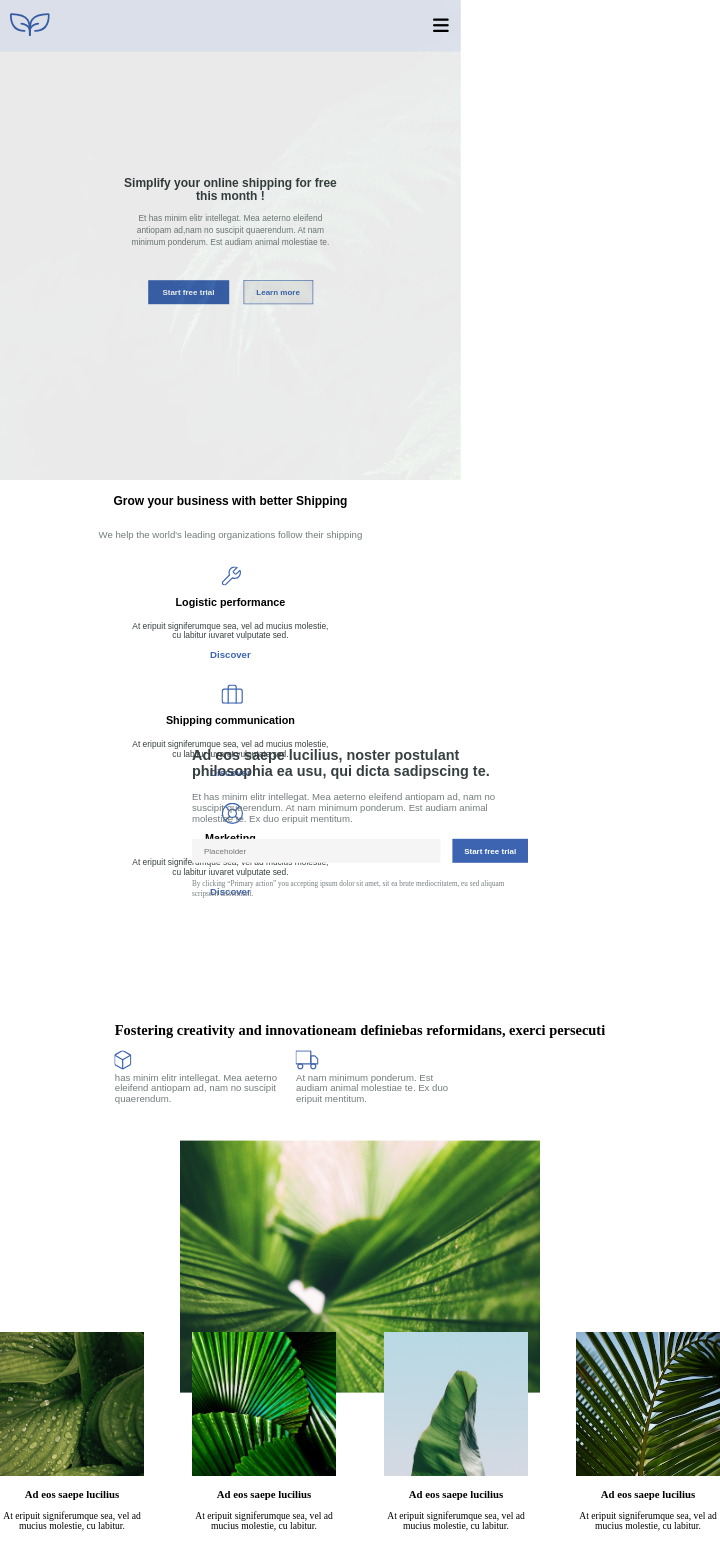
Repository: Mygit2001/LeTuSy_Test_Ecommage
Page: index.html
An editor plug-in stored every save of this project. The page is shown before and after a run of saves, followed by the edit.
The browser window is 768 px wide. The page is 1200 px wide, so the pictures cover 1200 px, including what lies to the right of the window. The pictures show the whole page, at 60% of full size.
Some web fonts or font styles are not loaded; a fallback is used. Some web libraries are served in a nearby version.

Above is the page before, as saved 2023-02-15 23:40:10.

After the next 3 saves:
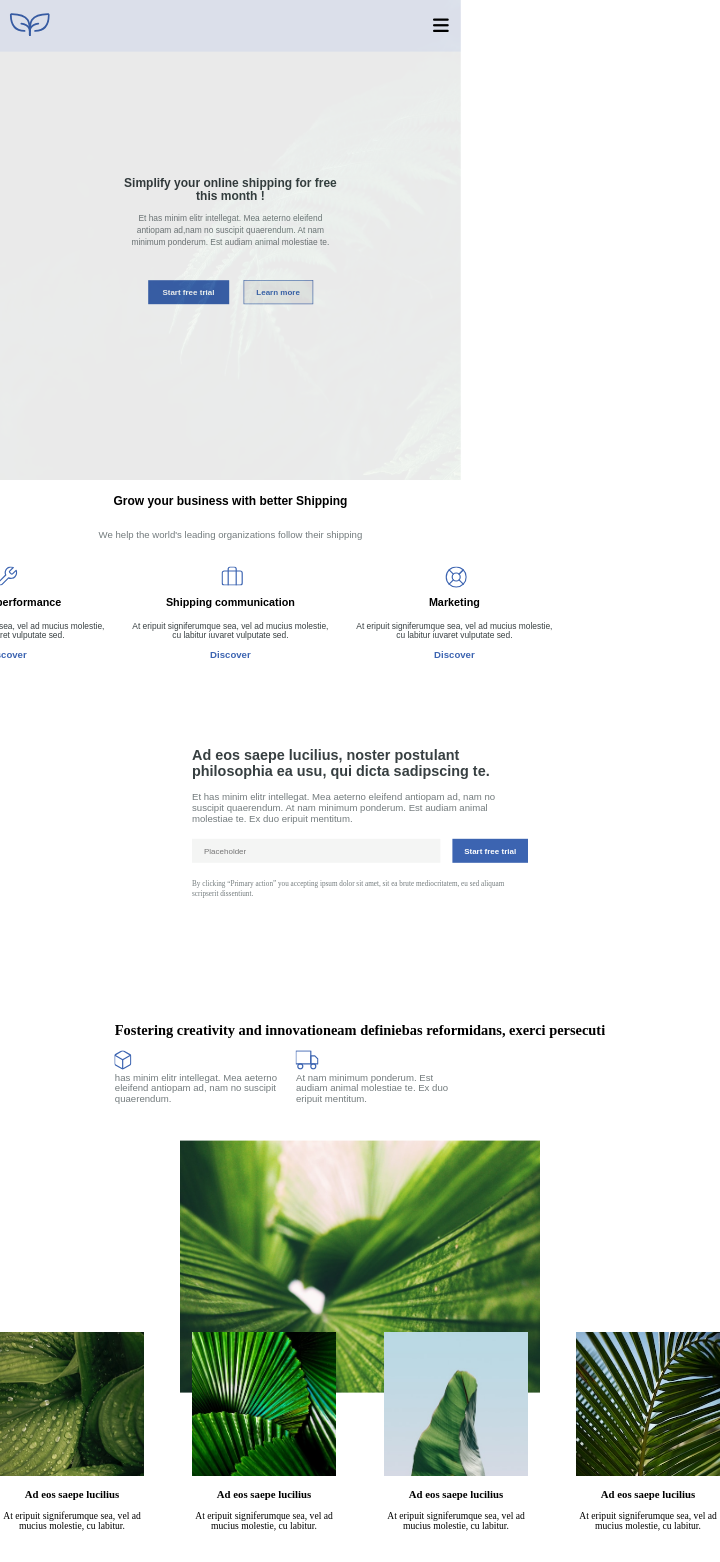
The 3 saves are shown as one change because they came seconds apart.
The last was saved 96 s later.
--- a/assets/css/responsive.css
+++ b/assets/css/responsive.css
@@ -78,6 +78,7 @@
         width: 100% !important;
         height: auto ;
     }
+    .cus
     .main_content-services {
         display: flex;
         flex-direction: column;

After the save that followed:
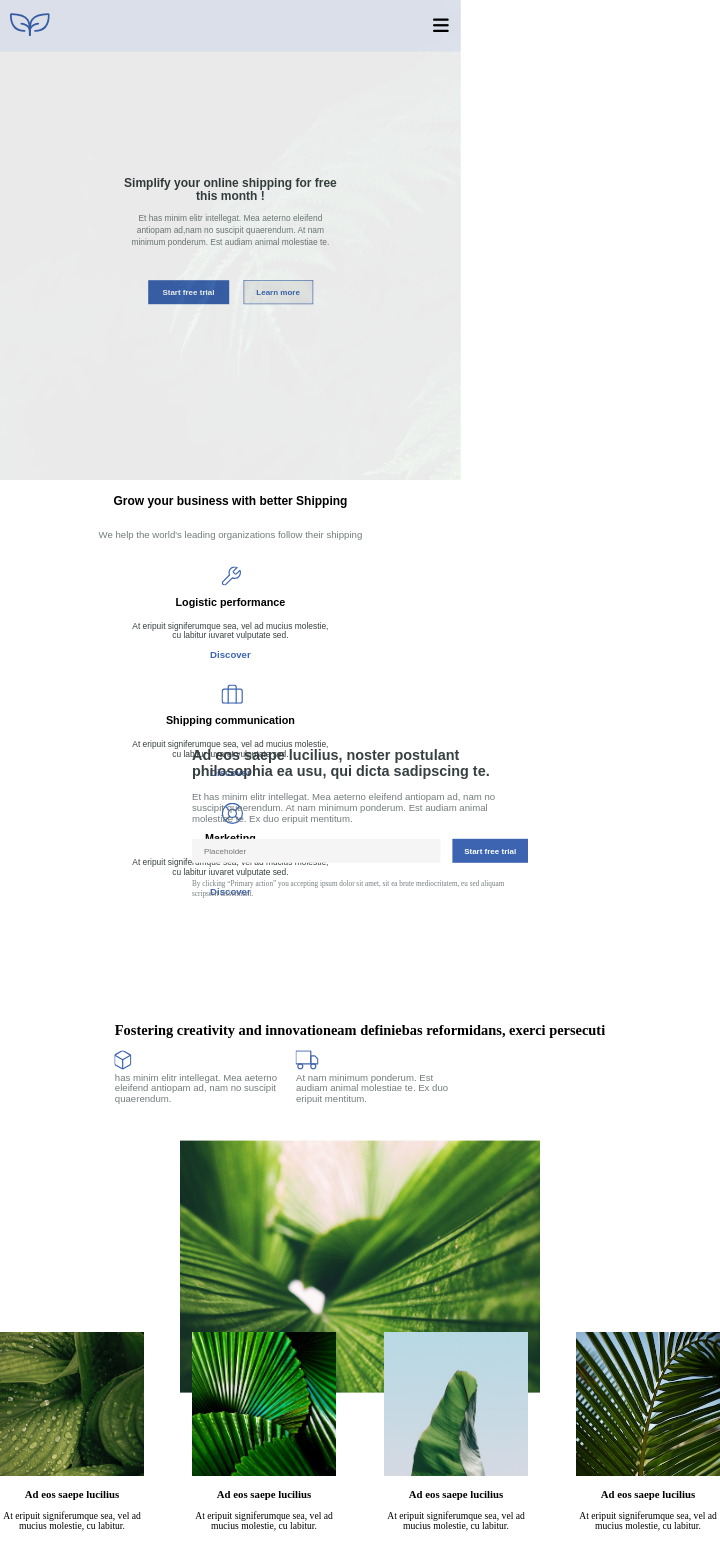
Saved 7 s later.
--- a/assets/css/responsive.css
+++ b/assets/css/responsive.css
@@ -78,7 +78,9 @@
         width: 100% !important;
         height: auto ;
     }
-    .cus
+    .cus-bgImg {
+        w
+    }
     .main_content-services {
         display: flex;
         flex-direction: column;
